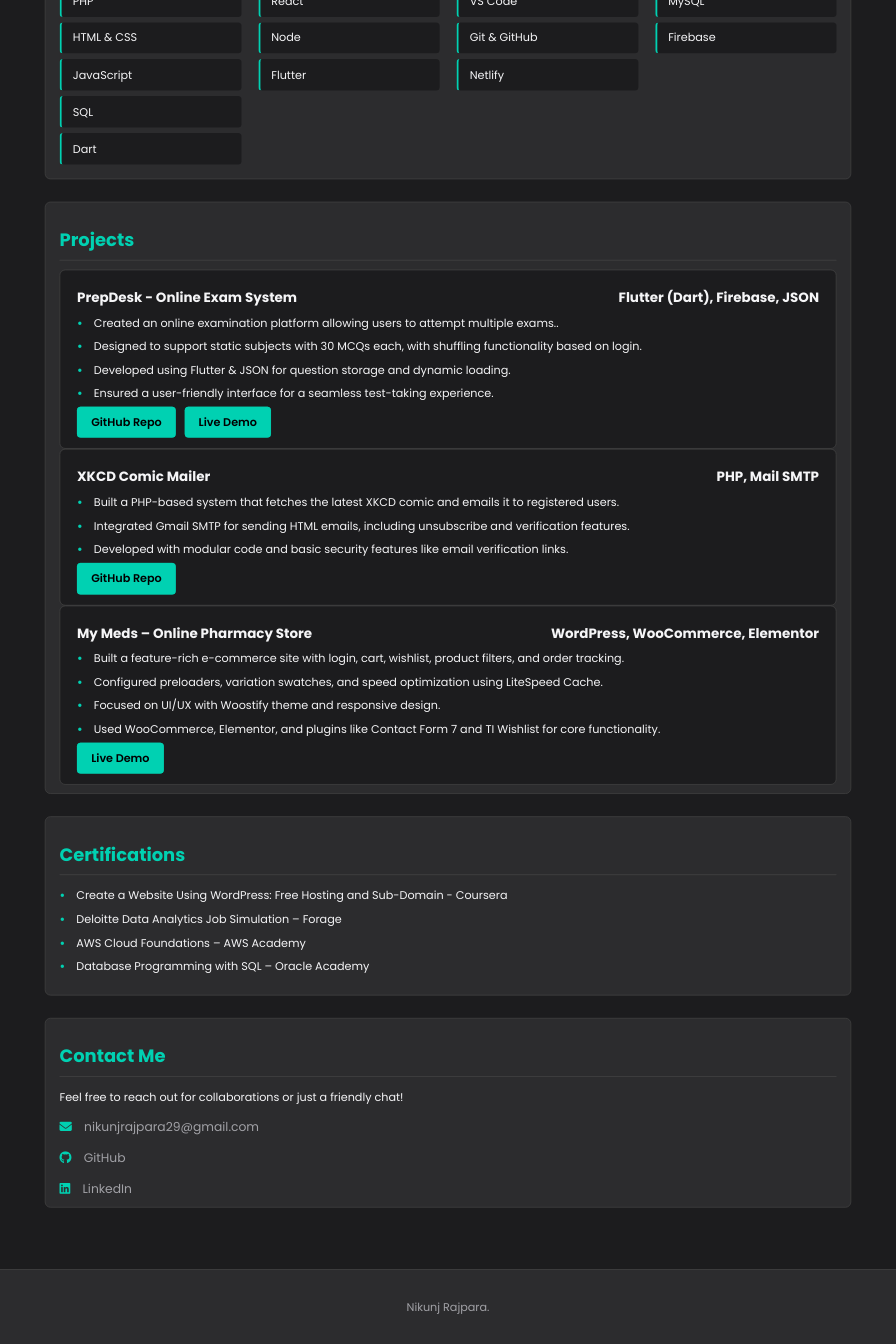
Repository: NikunjRajpara/portfolio
Page: index.html
These files come from the project's save history. The page is drawn as it stood at one moment and after the next save; the edit follows.
The browser window is 1280 px wide. The pictures show the part of the page from y = 1713 to 3633 px (the page is 3633 px tall before and 3538 px after), at 70% of full size.

Above is the page before, as saved 2025-07-23 11:11:14.

After the next save:
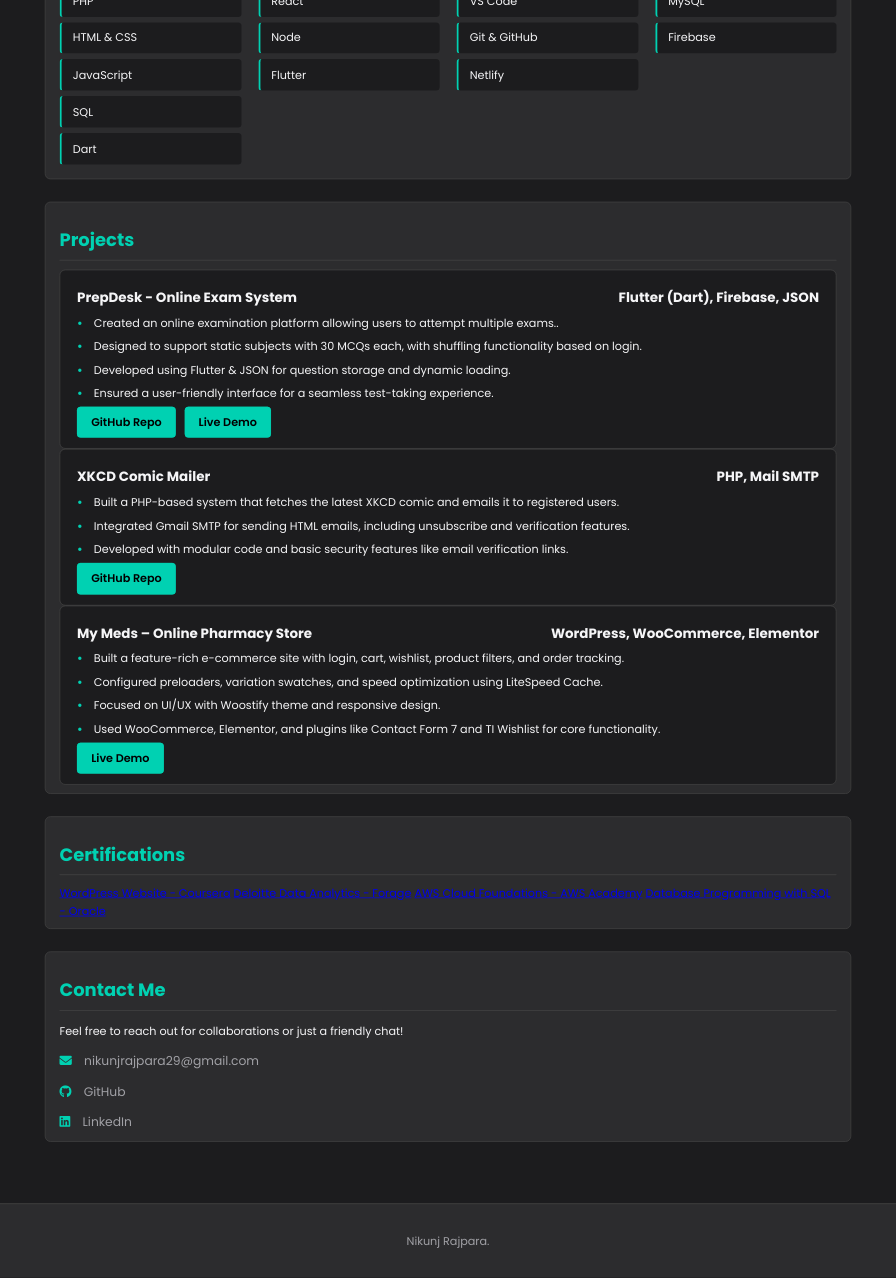
Saved 63 s later.
--- a/index.html
+++ b/index.html
@@ -175,16 +175,17 @@
 
         </section>
 
-        <!-- Certifications Section -->
+       <!-- Certifications Section -->
 <section id="certifications">
   <h2>Certifications</h2>
-  <ul class="certifications-list">
-    <li>Create a Website Using WordPress: Free Hosting and Sub-Domain - Coursera</li>
-    <li>Deloitte Data Analytics Job Simulation – Forage</li>
-    <li>AWS Cloud Foundations – AWS Academy</li>
-    <li>Database Programming with SQL – Oracle Academy</li>
-  </ul>
+  <div class="certifications-container">
+    <a href="https://www.coursera.org/account/accomplishments/verify/JCHUG2V3B9CD" target="_blank" class="cert-badge">WordPress Website - Coursera</a>
+    <a href="https://forage-uploads-prod.s3.amazonaws.com/completion-certificates/9PBTqmSxAf6zZTseP/io9DzWKe3PTsiS6GG_9PBTqmSxAf6zZTseP_cTxrjBYMDmJePsFNL_1745661196625_completion_certificate.pdf" target="_blank" class="cert-badge">Deloitte Data Analytics - Forage</a>
+    <a href="https://www.credly.com/badges/220a269f-0b0c-48c9-b872-8cb1258a5f5d" target="_blank" class="cert-badge">AWS Cloud Foundations - AWS Academy</a>
+    <a href="https://drive.google.com/file/d/12mJQulLoDs20k5aMf6YPIAZCJ1PORaJe/view" target="_blank" class="cert-badge">Database Programming with SQL - Oracle</a>
+  </div>
 </section>
+
 
 
         <!-- Contact Section -->
